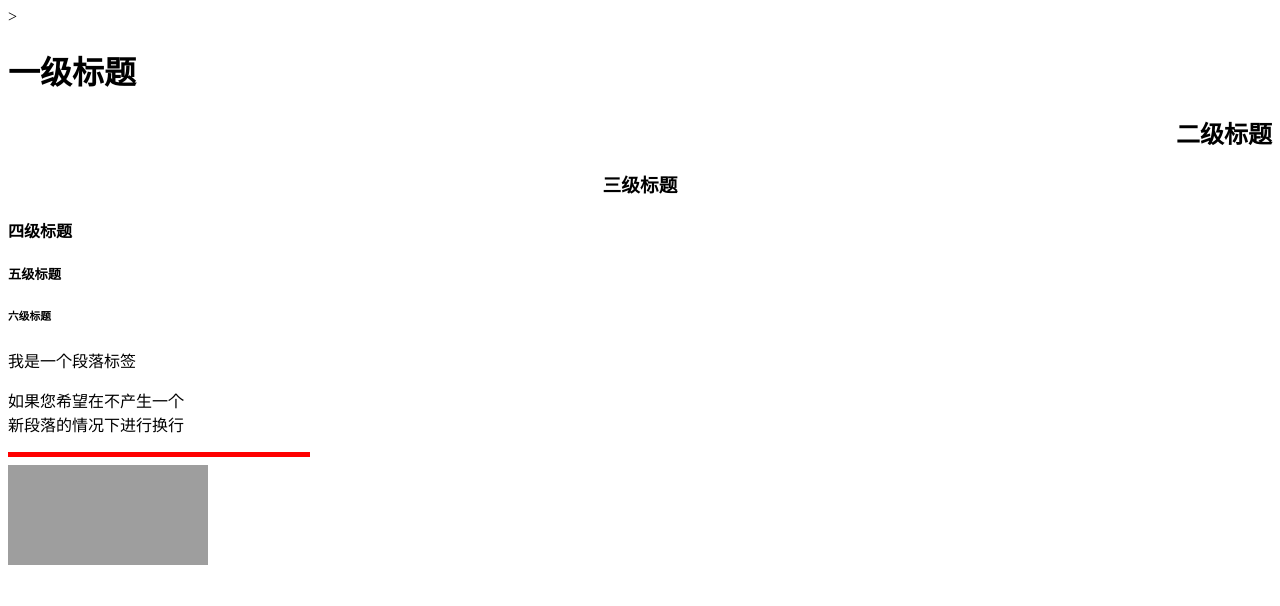
Repository: yuanliumaker/html-css-js
Page: hello.html
These files come from the project's save history. The page is drawn as it stood at one moment and after the next save; the edit follows.
The browser window is 1280 px wide. The pictures show the whole page.
Pictures or frames that could not be fetched are drawn as grey boxes.

Above is the page before, as saved 2025-08-28 19:07:22.

After the next save:
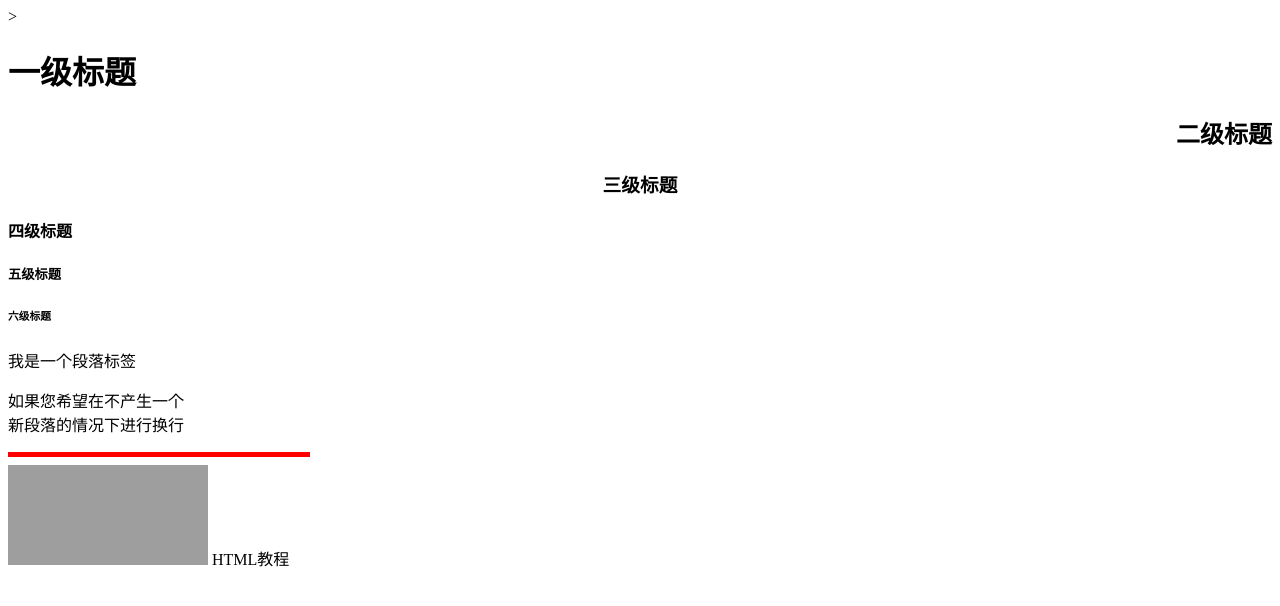
Saved 26 min 21 s later.
--- a/hello.html
+++ b/hello.html
@@ -20,5 +20,11 @@
     <hr color="red" width="300px" size="5px" align="left">
     <!--img 图片 src:图片路径 widht 图片宽度 height 高度-->
     <img src="https://www.runoob.com/wp-content/uploads/2014/04/html-logo.png" alt="这是图片无法显示时的替代文字" title="鼠标悬停时显示的文字" width="200px" height="100px">
+
+
+    <!---超文本链接
+    使用标签<a>来设置超文本链接 href属性表示链接的地址-->
+    <a herf="https://www.runoob.com/html/html-tutorial.html" target="_blank">HTML教程</a>
+
 </body>
 </html>
